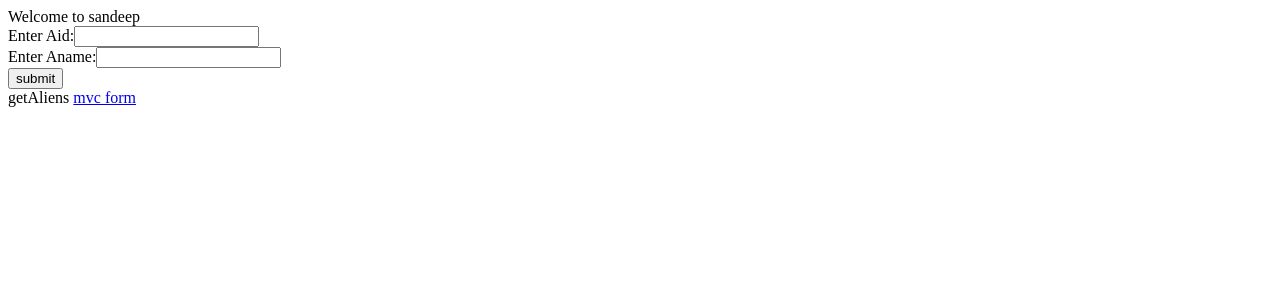
Repository: neelasandeep/sprinboot-projects
Page: http://localhost/SpringMvc/view/index.jsp
An editor plug-in stored every save of this project. The page is shown before and after the next save, followed by the edit.
The browser window is 1280 px wide. The pictures show the whole page.
The page is served by Tomcat 9.

Above is the page before, as saved 2020-04-04 10:22:26.

After the next save:
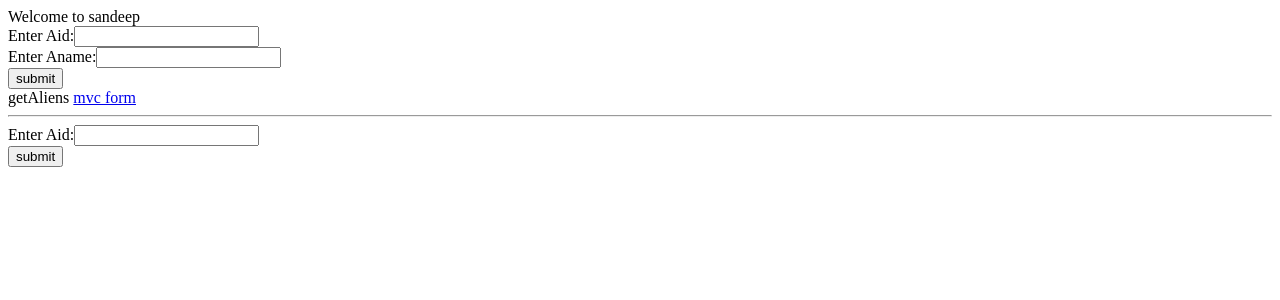
Saved 6 min 49 s later.
--- a/SpringMvc/src/main/webapp/view/index.jsp
+++ b/SpringMvc/src/main/webapp/view/index.jsp
@@ -18,5 +18,14 @@ getAliens
 <a href="getAliens">mvc form </a>
 
 </form>
+<hr>
+<form action="getalien" method="post">
+Enter Aid:<input type="text" name="aid"><br>
+
+<input type="submit" value="submit">
+
+
+
+</form>
 </body>
 </html>
